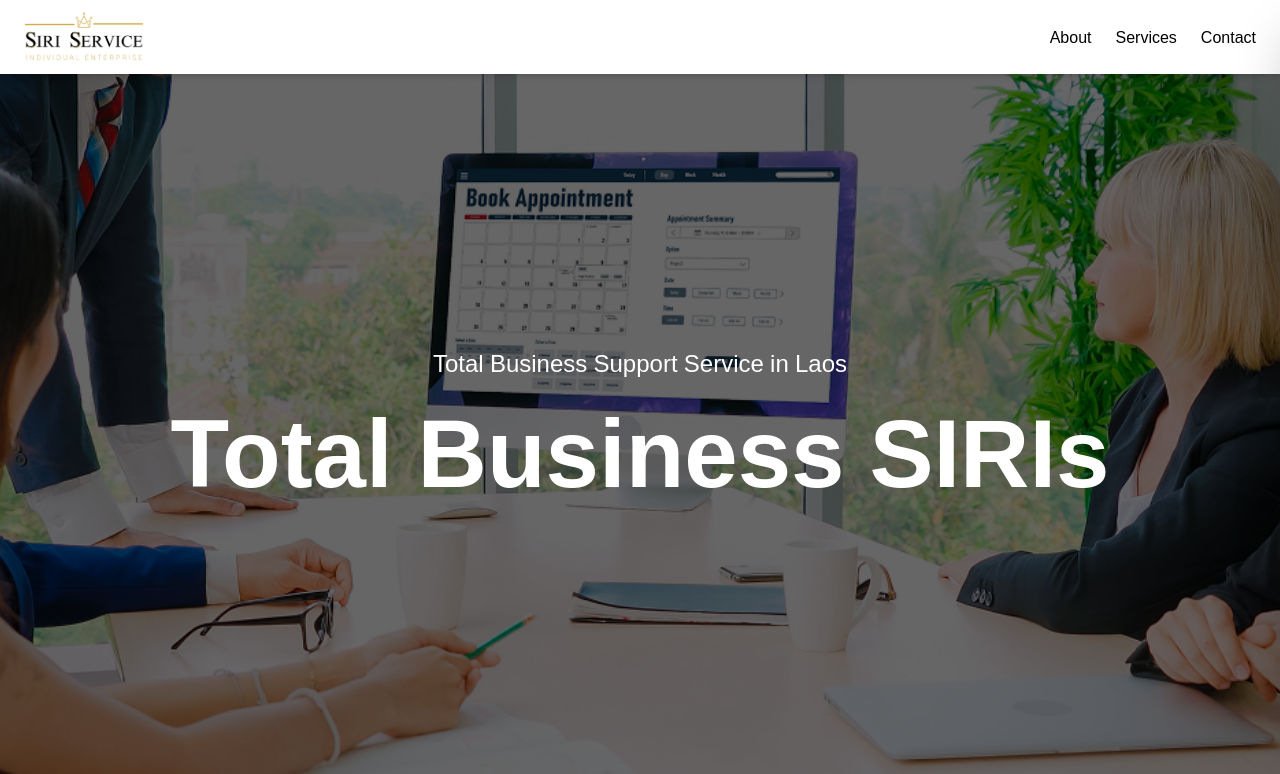
Repository: Phailin-teamplate/siri-service-web
Page: /
The author's editor kept a copy of each file at every save. The page is drawn from the files as they stood at one save, then again after the next save.
The browser window is 1280 px wide. The pictures show the whole page.
The project was rebuilt for these pictures with package versions that can differ from the ones it lists, and the page was loaded fresh each time. The framework's server and built-in components were replaced by stand-ins that run in the browser. Also part of the build but not shown: next.config.ts.

Above is the page before, as saved 2025-07-02 14:01:21.

After the next save:
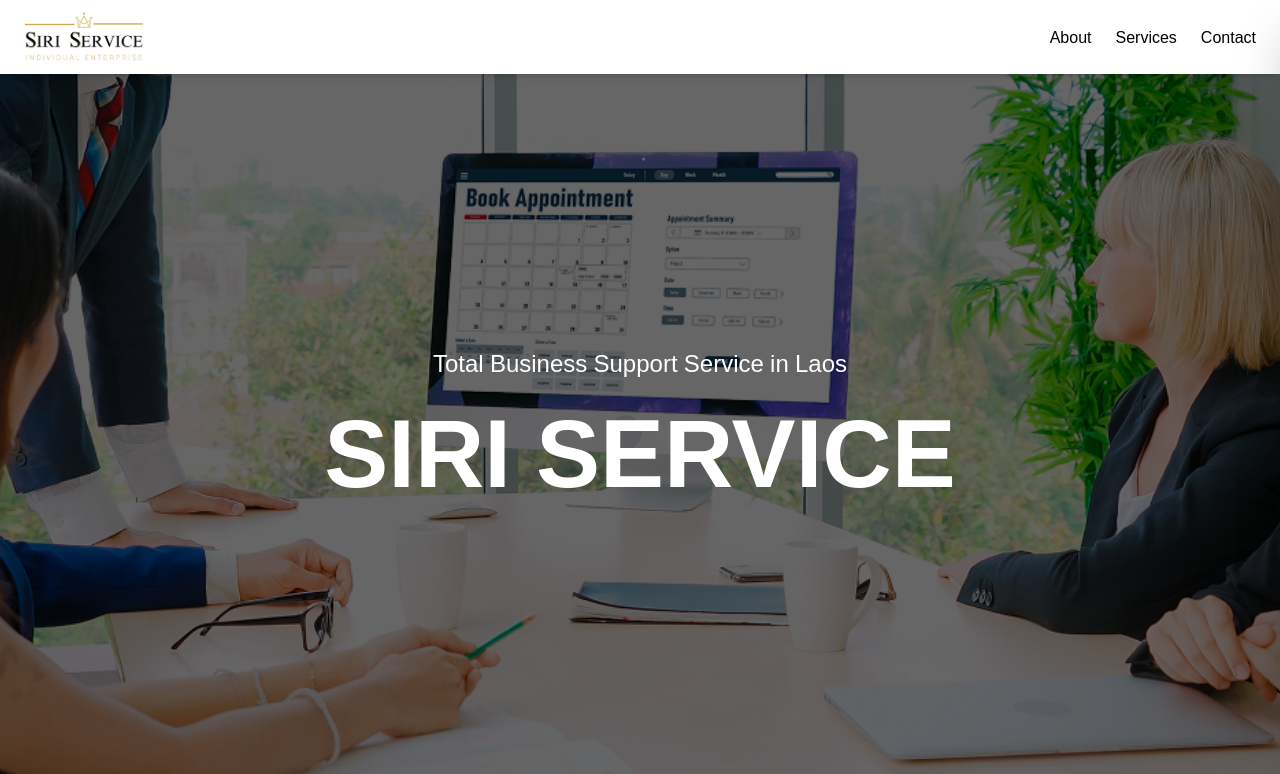
Saved 10 s later.
--- a/src/components/Homepage.tsx
+++ b/src/components/Homepage.tsx
@@ -26,7 +26,7 @@
               </p>
             </div>
             <h1 className="text-white text-4xl xs:text-5xl sm:text-6xl md:text-7xl lg:text-8xl font-bold">
-              Total Business SIRIs
+              SIRI SERVICE
             </h1>
           </div>
         </div>
